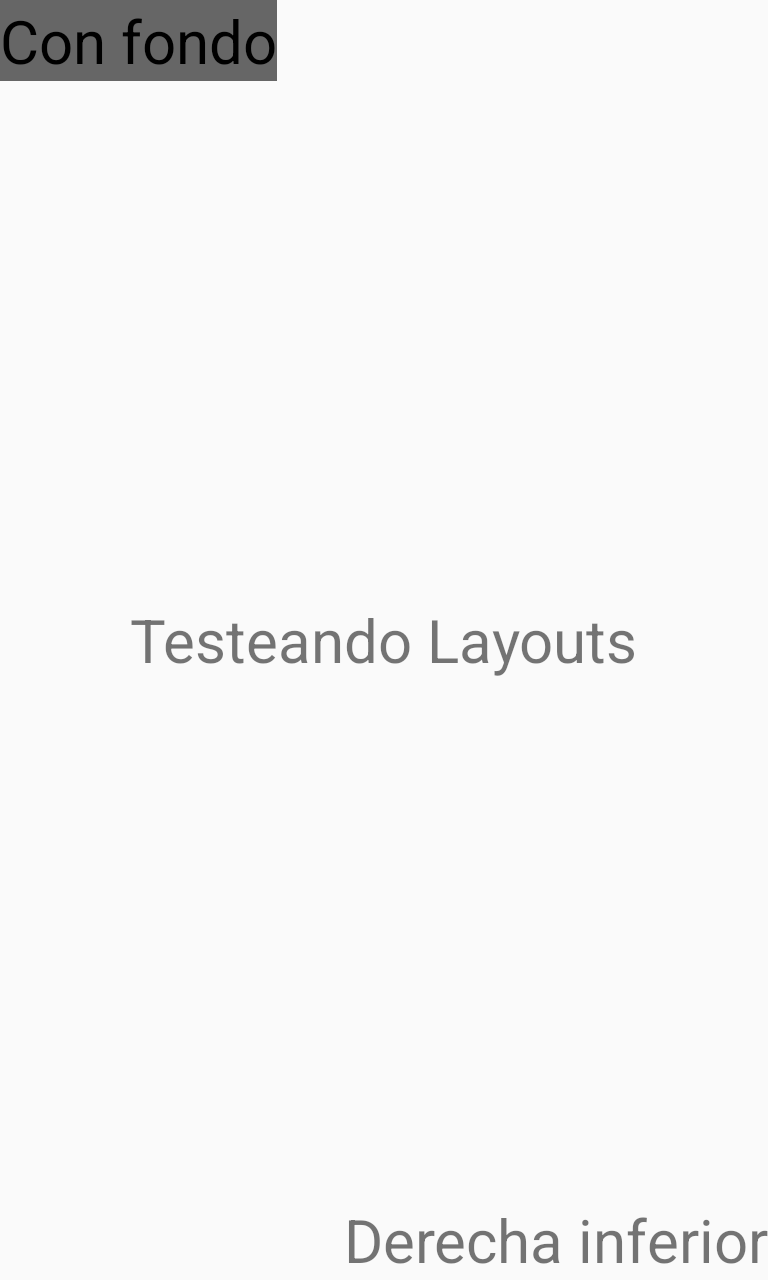
Repository: jromanz/android-projects
Layout: ListaAlumnos/res/layout/activity_frame_layout.xml
The author's editor kept a copy of each file at every save. The layout is drawn from the files as they stood at one save, then again after the next save.
It is drawn on a 768 x 1280 px phone screen (xhdpi) without system bars, with theme AppTheme; the app's code is not run.

Above is the layout before, as saved 2014-08-28 23:24:49.

### ListaAlumnos/res/layout/activity_frame_layout.xml
<FrameLayout xmlns:android="http://schemas.android.com/apk/res/android"
    xmlns:tools="http://schemas.android.com/tools"
    android:layout_width="fill_parent"
    android:layout_height="fill_parent"
    tools:context="${relativePackage}.${activityClass}" >

        <TextView
        android:layout_width="wrap_content"
        android:layout_height="wrap_content"
        android:text="Con fondo"
        android:textSize="30sp"
        android:layout_gravity="top|left"
		android:background="#666666"
        android:textColor="#000000"
        />

    <TextView
        android:layout_width="wrap_content"
        android:layout_height="wrap_content"
        android:text="Testeando Layouts"
        android:textSize="30sp"
        android:layout_gravity="center"
        />


    <TextView
        android:layout_width="wrap_content"
        android:layout_height="wrap_content"
        android:text="Derecha inferior"
        android:textSize="30sp"
        android:layout_gravity="bottom|right"
        />

</FrameLayout>

Loaded but not shown: ListaAlumnos/res/values/styles.xml (common file); ListaAlumnos/res/values-v11/styles.xml (common file); ListaAlumnos/res/values-v14/styles.xml (common file)

After the next save:
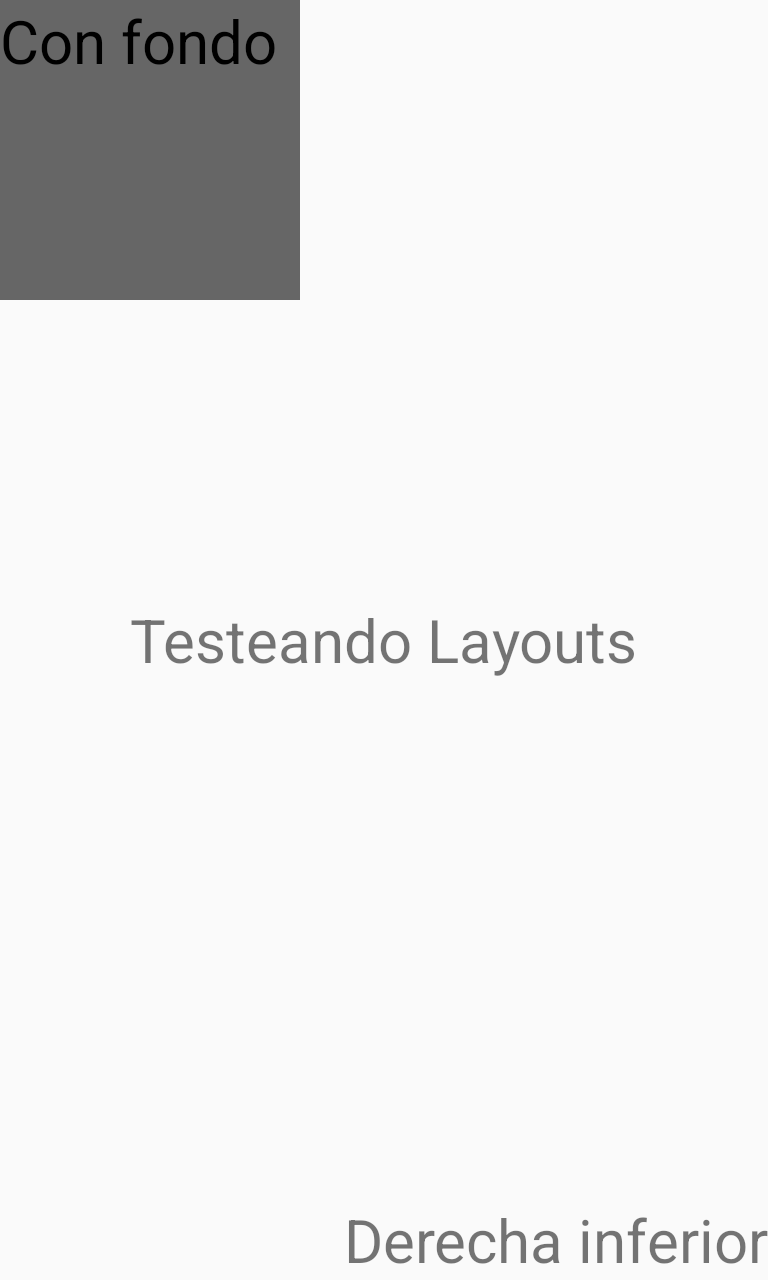
Saved 67 s later.
--- a/ListaAlumnos/res/layout/activity_frame_layout.xml
+++ b/ListaAlumnos/res/layout/activity_frame_layout.xml
@@ -5,8 +5,8 @@
     tools:context="${relativePackage}.${activityClass}" >
 
         <TextView
-        android:layout_width="wrap_content"
-        android:layout_height="wrap_content"
+        android:layout_width="150dp"
+        android:layout_height="150dp"
         android:text="Con fondo"
         android:textSize="30sp"
         android:layout_gravity="top|left"
